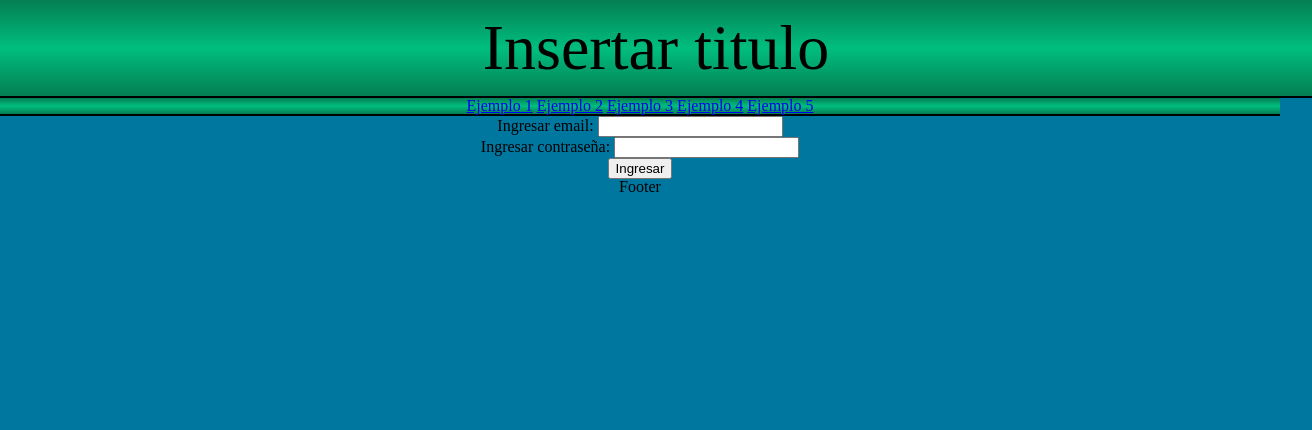
Repository: FacundoKinderknecht/Parcial-2-LPPA
Page: login/login.html
An editor plug-in stored every save of this project. The page is shown before and after the next save, followed by the edit.
The browser window is 1280 px wide. The page is 1312 px wide, so the pictures cover 1312 px, including what lies to the right of the window. The pictures show the whole page.

Above is the page before, as saved 2022-07-06 10:21:26.

After the next save:
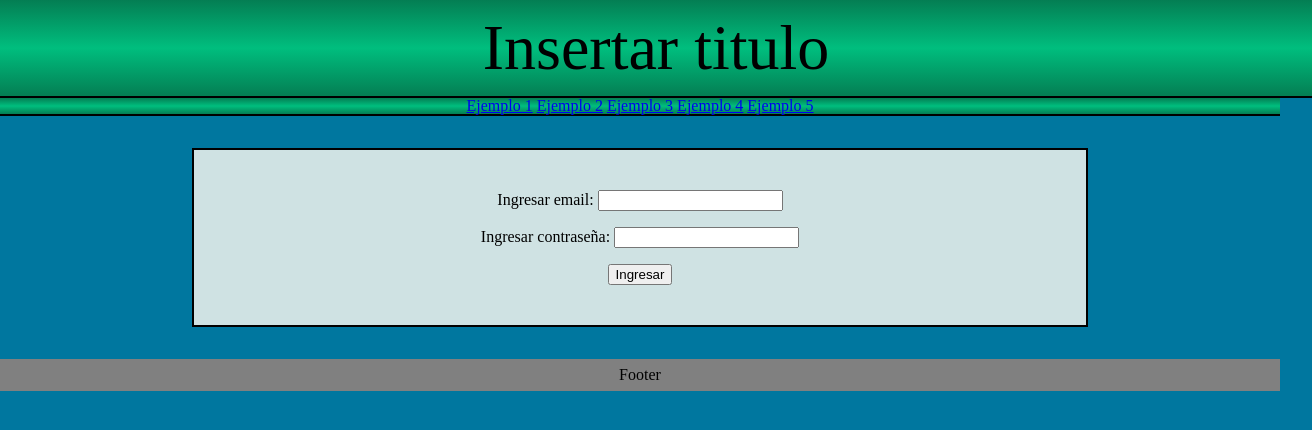
Saved 18 s later.
--- a/login/login.css
+++ b/login/login.css
@@ -23,3 +23,23 @@ body{
     text-align: center;
     margin: 0;
 }
+main{
+    display: inline-block;
+    width: 70%;
+    padding: 2rem;
+}
+form{
+    background-color: rgb(207, 226, 227);  border: black solid 2px;
+    padding: 2rem;
+}
+div{
+    padding: 0.5rem;
+}
+p{
+    padding: 0.5rem;
+}
+footer{
+    background-color: grey;
+    bottom: 0;
+    width: 100%;
+}
